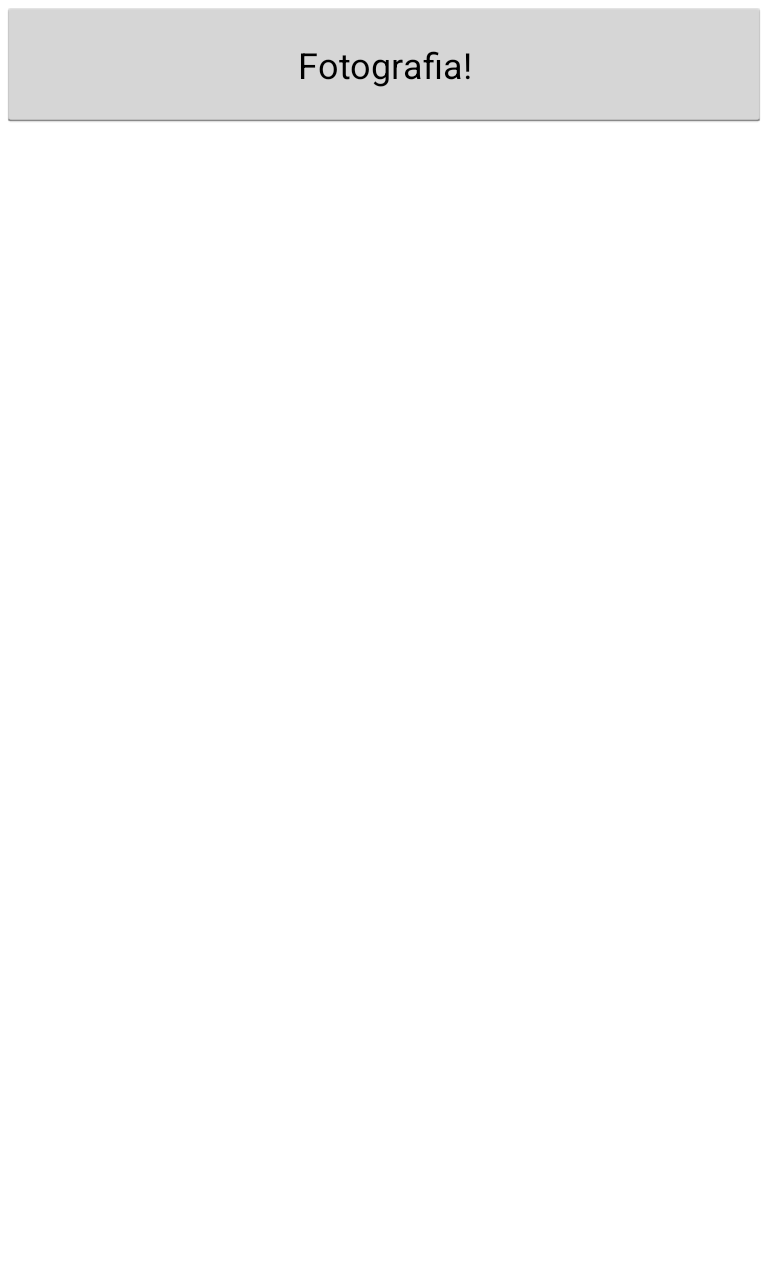
Repository: sstevenmr/SP-Galileo
Layout: Demo3_10/res/layout/activity_main.xml
These files come from the project's save history. The layout is drawn as it stood at one moment and after the next save; the edit follows.
It is drawn on a 768 x 1280 px phone screen (xhdpi) without system bars, with theme AppTheme; the app's code is not run. Lists and similar views that code fills are empty.

Above is the layout before, as saved 2014-02-24 02:07:39.

After the next save:
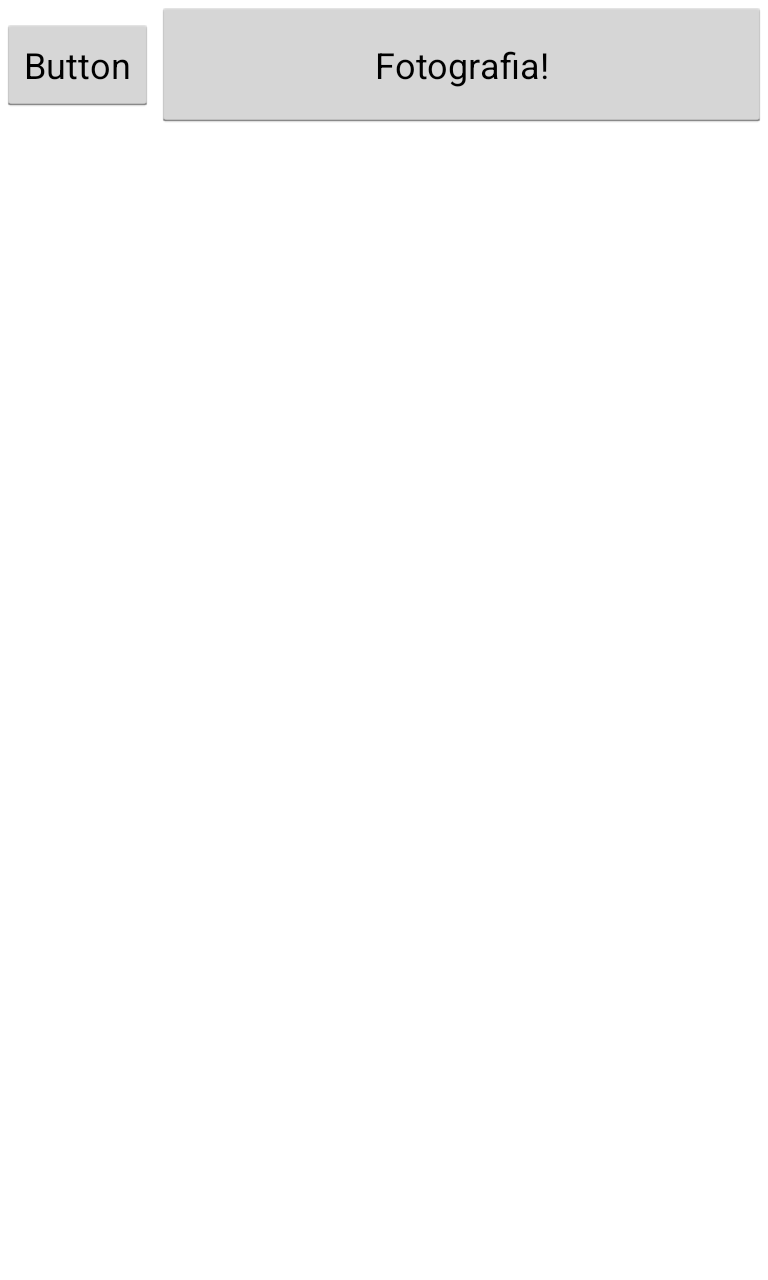
Saved 14 h 52 min later.
--- a/Demo3_10/res/layout/activity_main.xml
+++ b/Demo3_10/res/layout/activity_main.xml
@@ -5,13 +5,34 @@
     android:orientation="vertical"
     tools:context=".MainActivity" >
 
-    <Button
+    <LinearLayout
+        android:orientation="horizontal"
         android:layout_width="match_parent"
-        android:layout_height="wrap_content"
-        android:id="@+id/btnPhoto"
-        android:padding="20dp"
-        android:gravity="center"
-        android:text="@string/btn_Photo"/>
+        android:layout_height="wrap_content" >
+
+        <Button
+            android:id="@+id/button1"
+            android:layout_width="wrap_content"
+            android:layout_height="wrap_content"
+            android:text="Button" />
+
+        <Button
+            android:id="@+id/btnPhoto"
+            android:layout_width="match_parent"
+            android:layout_height="wrap_content"
+            android:gravity="center"
+            android:padding="20dp"
+            android:text="@string/btn_Photo" />
+
+        <Button
+            android:id="@+id/btnPhoto"
+            android:layout_width="match_parent"
+            android:layout_height="wrap_content"
+            android:gravity="center"
+            android:padding="20dp"
+            android:text="@string/btn_Photo" />
+    </LinearLayout>
+
     <GridView
         android:id="@+id/grid"
         android:layout_width="match_parent"
